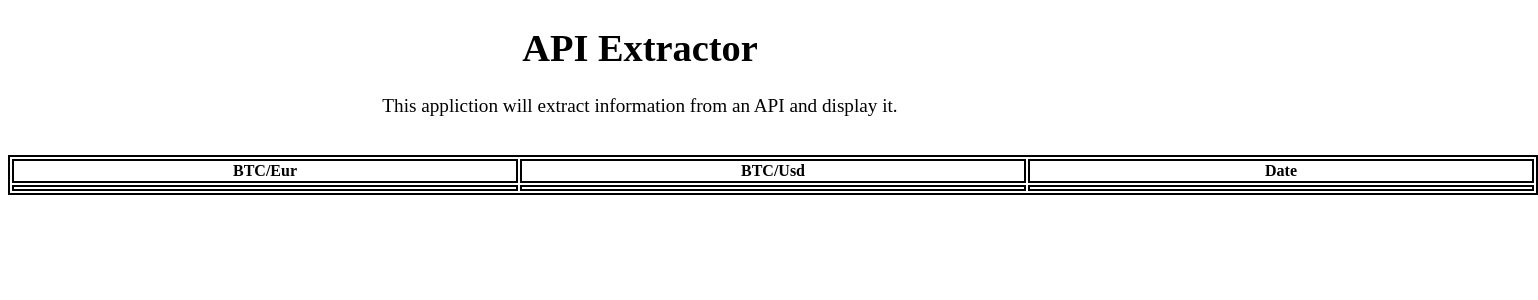
Repository: vxyux/api-extraction
Page: index.html
The author's editor kept a copy of each file at every save. The page is drawn from the files as they stood at one save, then again after the next save.
The browser window is 1280 px wide. The page is 1538 px wide, then 1280 px, so the pictures cover 1538 px, including what lies to the right of the window. The pictures show the whole page.
The page's requests for data from a server got no answer.

Above is the page before, as saved 2023-09-05 10:38:02.

After the next save:
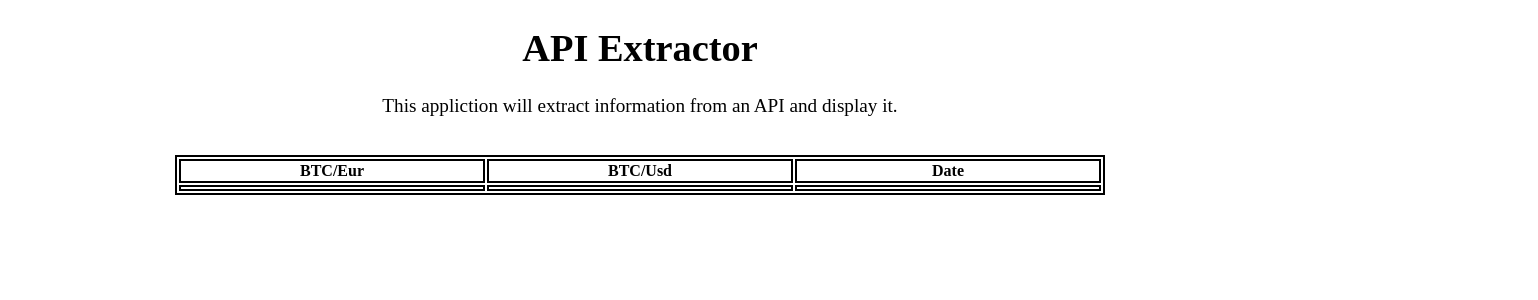
Saved 5 s later.
--- a/stylesheet.css
+++ b/stylesheet.css
@@ -9,5 +9,5 @@ table, th, td
   border-width: 2px;
   margin-left: auto;
   margin-right: auto;
-  min-width: 500px;
+  min-width: 300px;
 }
